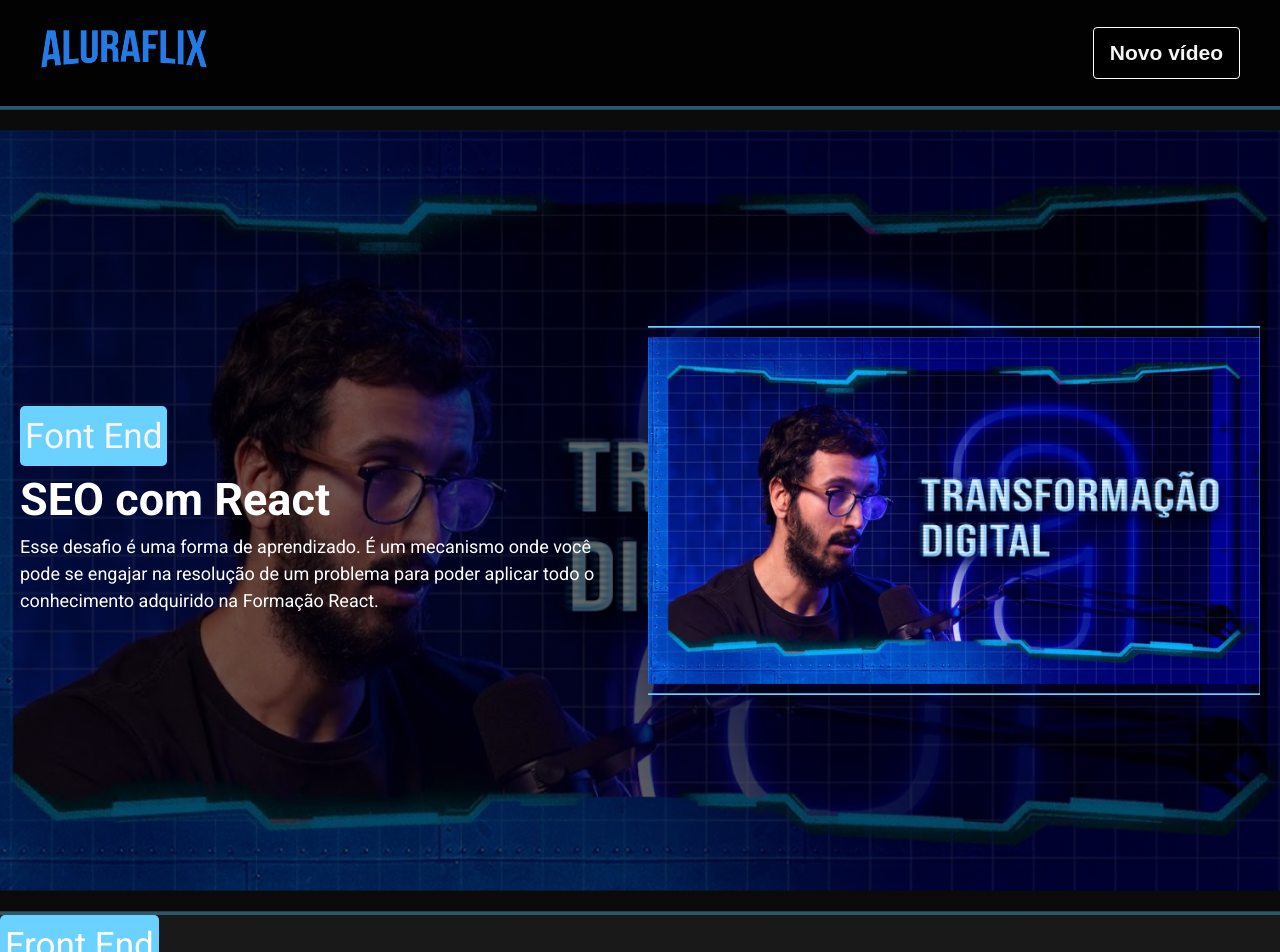
Repository: CarlosEduardoVdeOliveira/aluraflix
Page: /
An editor plug-in stored every save of this project. The page is shown before and after the next save, followed by the edit.
The browser window is 1280 px wide. The pictures show the part of the page from y = 0 to 952 px (the page is 2961 px tall).
The project was rebuilt for these pictures with package versions that can differ from the ones it lists, and the page was loaded fresh each time. Also part of the build but not shown: vite.config.js, src/components/Input/Input.module.css, src/components/Input/index.jsx, src/components/TextArea/TextArea.module.css, src/components/TextArea/index.jsx, src/pages/RegisterVideo/Register.module.css, src/pages/RegisterVideo/index.jsx, src/components/Table/Table.module.css and 3 more.

Above is the page before, as saved 2023-09-26 10:23:40.

After the next save:
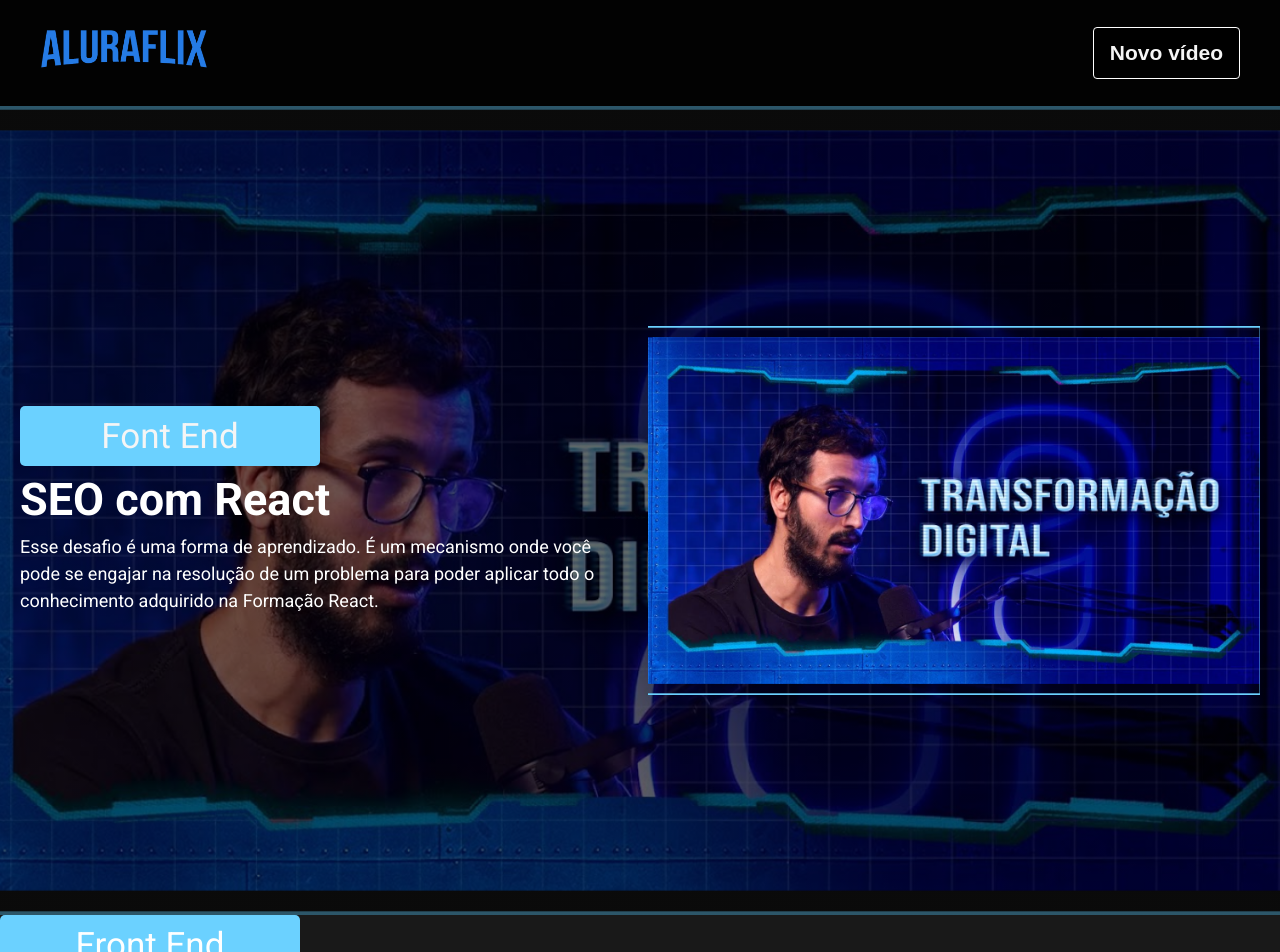
Saved 108 s later.
--- a/src/components/TitleCategory/TitleCategory.module.css
+++ b/src/components/TitleCategory/TitleCategory.module.css
@@ -1,5 +1,6 @@
 .container{
   width: fit-content;
+  min-width: 300px;
   height: 60px;
   padding: 5px;
   text-align: center;
